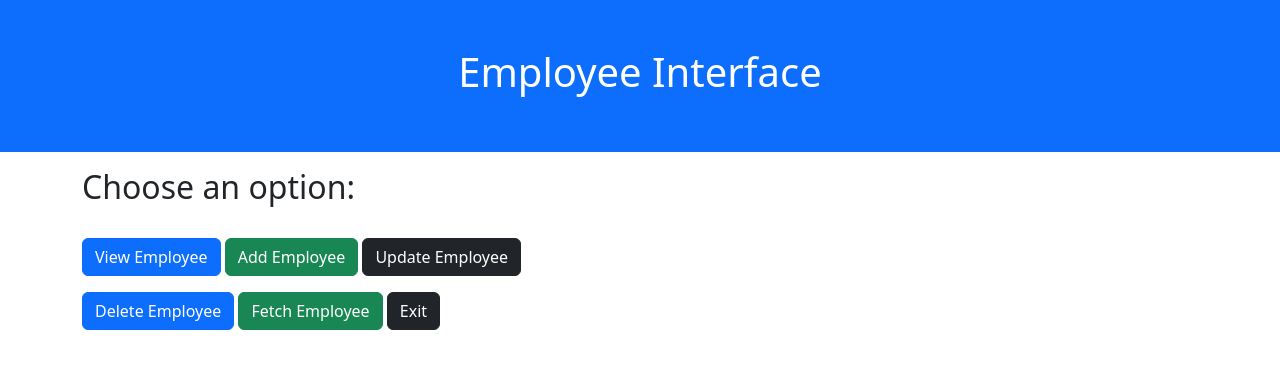
Repository: Rishicollinz/Java_Fullstack
Page: Eclipse 2/jspproject/src/main/webapp/index.html
An editor plug-in stored every save of this project. The page is shown before and after the next save, followed by the edit.
The browser window is 1280 px wide. The pictures show the whole page.

Above is the page before, as saved 2023-05-18 15:27:17.

After the next save:
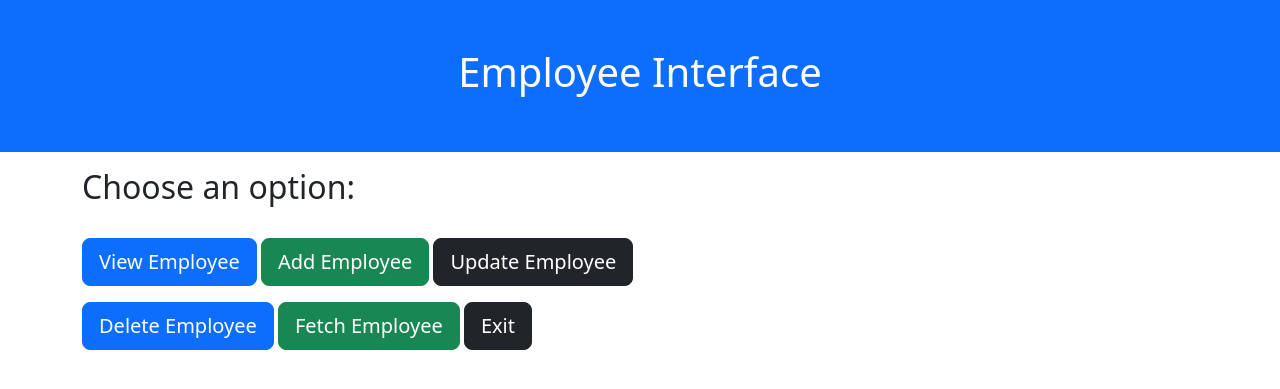
Saved 84 s later.
--- a/Eclipse 2/jspproject/src/main/webapp/index.html
+++ b/Eclipse 2/jspproject/src/main/webapp/index.html
@@ -17,14 +17,14 @@
 
 <div class="container mt-3">
   <h2>Choose an option:</h2><br>
-  <button type="button" class="btn btn-primary">View Employee</button>
-  <button type="button" class="btn btn-success">Add Employee</button>
-  <button type="button" class="btn btn-dark">Update Employee</button>
+  <button type="button" class="btn btn-primary btn-lg">View Employee</button>
+  <button type="button" class="btn btn-success btn-lg">Add Employee</button>
+  <button type="button" class="btn btn-dark btn-lg">Update Employee</button>
 </div>
 <div class="container mt-3">
-  <button type="button" class="btn btn-primary">Delete Employee</button>
-  <button type="button" class="btn btn-success">Fetch Employee</button>
-  <button type="button" class="btn btn-dark">Exit</button>
+  <button type="button" class="btn btn-primary btn-lg">Delete Employee</button>
+  <button type="button" class="btn btn-success btn-lg">Fetch Employee</button>
+  <button type="button" class="btn btn-dark btn-lg">Exit</button>
 </div>
 </body>
 </html>
